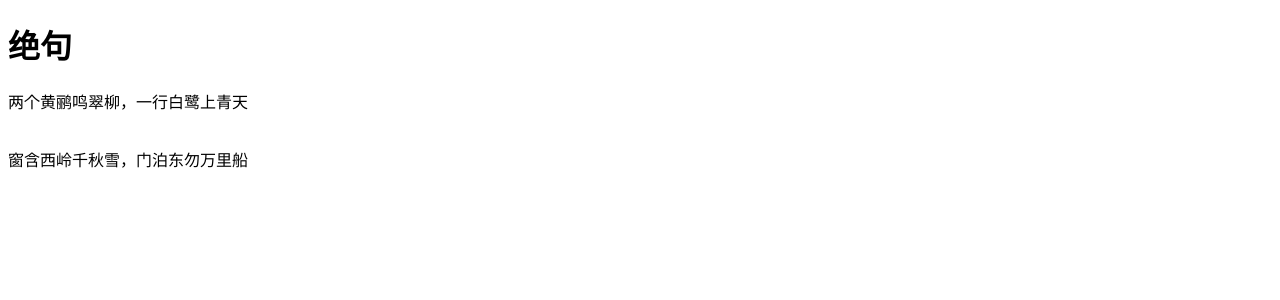
Repository: ljx1197678031/Wed-Design
Page: 01/3.html
An editor plug-in stored every save of this project. The page is shown before and after the next save, followed by the edit.
The browser window is 1280 px wide. The pictures show the whole page.

Above is the page before, as saved 2020-05-30 14:40:02.

### 01/3.html
<!DOCTYPE html>
<html lang="en">
<head>
    <meta charset="UTF-8">
    <meta name="viewport" content="width=device-width, initial-scale=1.0">
    <title>Document</title>
    <style>
        h1{
            font-family: "仿宋";
            font-size: 60;
        }
    </style>
</head>
<body>
    <h1>绝句</h1>
    <p>两个黄鹂鸣翠柳，一行白鹭上青天</p>
    <br/>窗含西岭千秋雪，门泊东勿万里船
    </p>
</body>
</html>

After the next save:
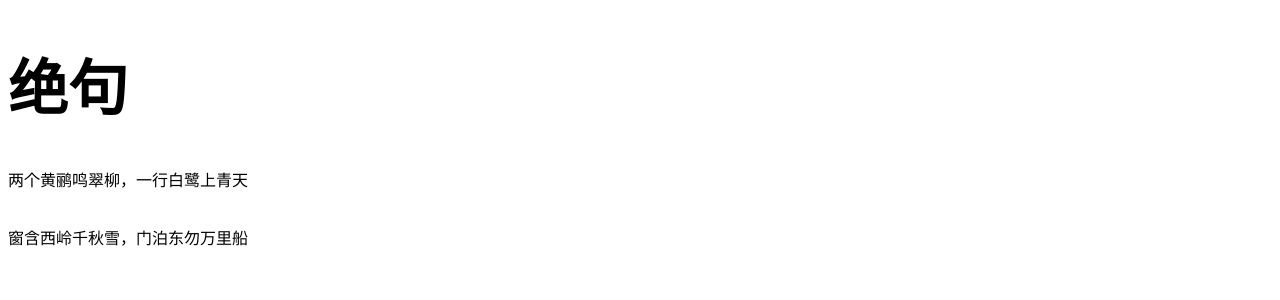
Saved 2 s later.
--- a/01/3.html
+++ b/01/3.html
@@ -7,7 +7,7 @@
     <style>
         h1{
             font-family: "仿宋";
-            font-size: 60;
+            font-size: 60px;
         }
     </style>
 </head>
